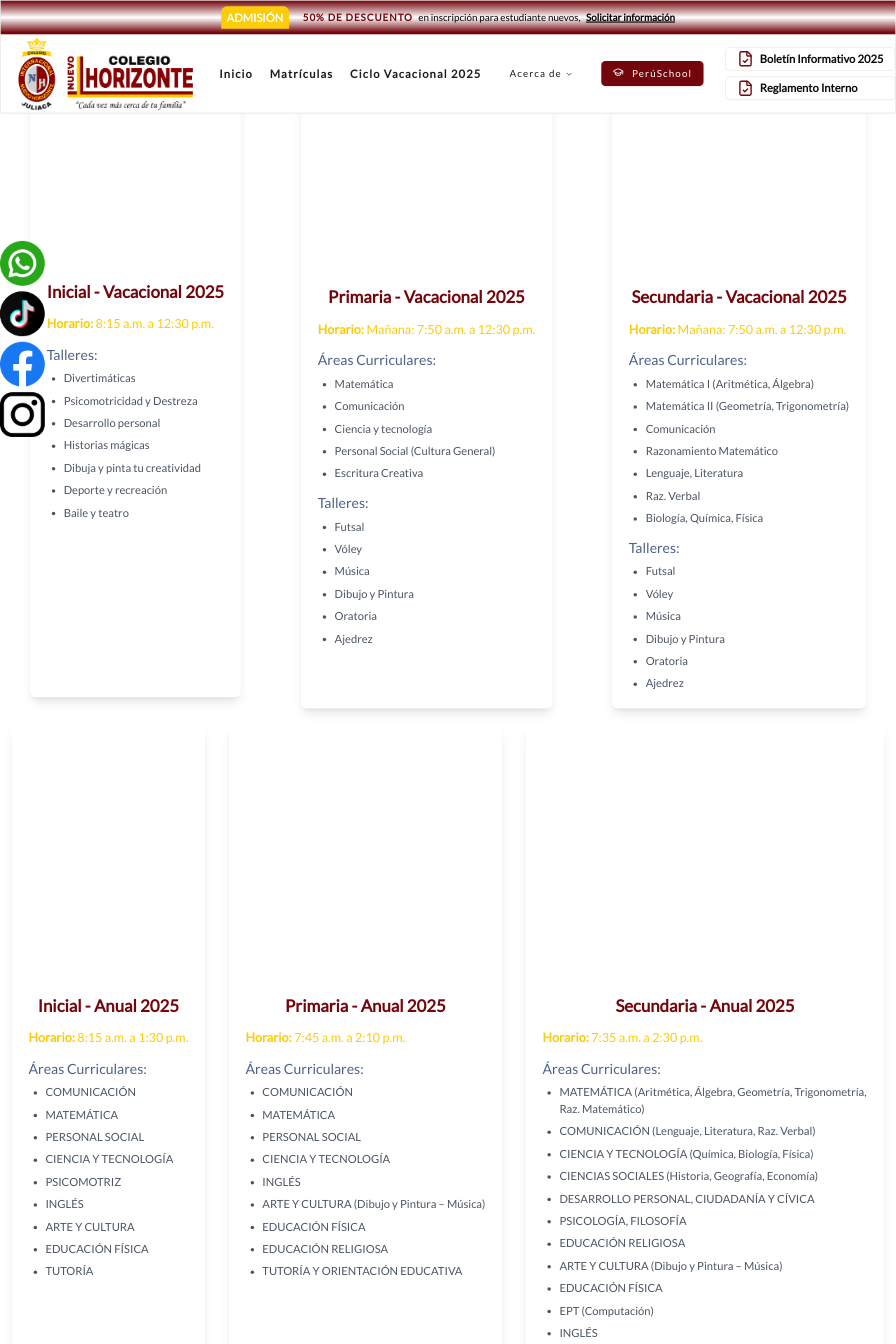
Repository: jefrydep/new_horizont_school
Page: /vacation
These files come from the project's save history. The page is drawn as it stood at one moment and after the next save; the edit follows.
The browser window is 1280 px wide. The pictures show the part of the page from y = 0 to 1920 px (the page is 2701 px tall before and 1981 px after), at 70% of full size.
The project was rebuilt for these pictures with package versions that can differ from the ones it lists, and the page was loaded fresh each time. The framework's server and built-in components were replaced by stand-ins that run in the browser. Also part of the build but not shown: next.config.ts.

Above is the page before, as saved 2024-12-05 22:31:29.

### src/app/layout.tsx
import type { Metadata } from "next";
import "./globals.css";
import Navbar from "@/components/Navbar";
import Footer from "@/components/Footer";


import { Lato } from 'next/font/google'

const lato = Lato({
  weight: '400',
  subsets: ['latin'],
  display: 'swap',
})

export const metadata: Metadata = {
  title: "COLEGIO INTERNACIONAL NUEVO HORIZONTE - JULIACA",
  description: "el mejor colegio de JULIACA,Colegio internacional nuevo horizonte",
};

export default function RootLayout({
  children,
}: Readonly<{
  children: React.ReactNode;
}>) {
  return (
    <html lang="es">

      <body
        className={` ${lato.className} antialiased `}
      >

        <div className="">
          <Navbar />
        </div>
        <main className="   ">

          {children}
          <div className="flex flex-col fixed  bottom-2     z-50   sm:top-1/2  gap-2">
            <a href="https://wa.me/+51999070701?text=Me%20gustar%C3%ADa%20recibir%20m%C3%A1s%20informaci%C3%B3n%20sobre%20el%20proceso%20de%20matr%C3%ADcula,%20requisitos%20y%20fechas%20importantes.%20Agradecer%C3%ADa%20su%20orientaci%C3%B3n%20para%20poder%20completar%20mi%20inscripci%C3%B3n%20de%20manera%20adecuada.%0A%0AQuedo%20atento%20a%20su%20respuesta.%0A%0ASaludos%20cordiales,%0A" target="_blank">
              {/* Solicitar información */}
              <img src="/whatsapp.png" alt="" className=" animate-bounce h-11  sm:h-16" />
            </a>

            <a href="https://www.tiktok.com/@colegionuevohorizonte" target="_blank">
              {/* Solicitar información */}
              <img src="/tik-tok.png" alt="" className=" animate-bounce h-11  sm:h-16 " />
            </a>
            <a href="https://www.facebook.com/internuevohorizonte  " target="_blank">
              {/* Solicitar información */}
              <img src="/facebook.png" alt="" className=" animate-bounce h-11  sm:h-16 " />
            </a>
            <a href="https://www.instagram.com/colegionuevohorizontejuliaca" target="_blank">
              {/* Solicitar información */}
              <img src="/instagram.png" alt="" className=" animate-bounce h-11  sm:h-16" />
            </a>
          </div>
        </main>
        <Footer />
      </body>
    </html>
  );
}

### src/app/vacation/page.tsx
import Hero from "@/components/Hero";
import ScheduleCard from "@/components/Schedulecard";
import { ScheduleData } from "../data/data";


export default function VacationPage() {
  return (
    <div>
      {/* <Hero subtitle="EXAMEN SEMANAL" title="Ciclo Vacacional 2025"  colorWave="#fff" /> */}
      {/* <ScheduleCard  /> */}
      <div className=" container m-auto flex mb-8  flex-wrap space-y-6">
        {ScheduleData.map((nivel, index) => (
          <ScheduleCard
            key={index}
            nivel={nivel.nivel}
            ciclo={nivel.ciclo}
            horario={nivel.horario}
            areasCurriculares={nivel.areasCurriculares}
            talleres={nivel.talleres}
          />
        ))}
      </div>
    </div>
  )
}

### src/app/globals.css
@tailwind base;
@tailwind components;
@tailwind utilities;

body {
  font-family: Arial, Helvetica, sans-serif;
}

@layer base {
  :root {
    --background: 0 0% 100%;
    --foreground: 20 14.3% 4.1%;
    --card: 0 0% 100%;
    --card-foreground: 20 14.3% 4.1%;
    --popover: 0 0% 100%;
    --popover-foreground: 20 14.3% 4.1%;
    --primary: 24 9.8% 10%;
    --primary-foreground: 60 9.1% 97.8%;
    --secondary: 60 4.8% 95.9%;
    --secondary-foreground: 24 9.8% 10%;
    --muted: 60 4.8% 95.9%;
    --muted-foreground: 25 5.3% 44.7%;
    --accent: 60 4.8% 95.9%;
    --accent-foreground: 24 9.8% 10%;
    --destructive: 0 84.2% 60.2%;
    --destructive-foreground: 60 9.1% 97.8%;
    --border: 20 5.9% 90%;
    --input: 20 5.9% 90%;
    --ring: 20 14.3% 4.1%;
    --chart-1: 12 76% 61%;
    --chart-2: 173 58% 39%;
    --chart-3: 197 37% 24%;
    --chart-4: 43 74% 66%;
    --chart-5: 27 87% 67%;
    --radius: 0.5rem;
  }
  .dark {
    --background: 20 14.3% 4.1%;
    --foreground: 60 9.1% 97.8%;
    --card: 20 14.3% 4.1%;
    --card-foreground: 60 9.1% 97.8%;
    --popover: 20 14.3% 4.1%;
    --popover-foreground: 60 9.1% 97.8%;
    --primary: 60 9.1% 97.8%;
    --primary-foreground: 24 9.8% 10%;
    --secondary: 12 6.5% 15.1%;
    --secondary-foreground: 60 9.1% 97.8%;
    --muted: 12 6.5% 15.1%;
    --muted-foreground: 24 5.4% 63.9%;
    --accent: 12 6.5% 15.1%;
    --accent-foreground: 60 9.1% 97.8%;
    --destructive: 0 62.8% 30.6%;
    --destructive-foreground: 60 9.1% 97.8%;
    --border: 12 6.5% 15.1%;
    --input: 12 6.5% 15.1%;
    --ring: 24 5.7% 82.9%;
    --chart-1: 220 70% 50%;
    --chart-2: 160 60% 45%;
    --chart-3: 30 80% 55%;
    --chart-4: 280 65% 60%;
    --chart-5: 340 75% 55%;
  }
}

@layer base {
  * {
    @apply border-border;
  }
  body {
    @apply bg-background text-foreground;
  }
}
@keyframes slideDown {
  0% {
    transform: translateY(-20px);
    opacity: 0;
  }
  100% {
    transform: translateY(0);
    opacity: 1;
  }
}

.animate-slide-down {
  animation: slideDown 1s ease-out forwards;
}

/* Animación con retraso para un efecto de secuencia */
.animate-slide-down-delay-1 {
  animation: slideDown 1s ease-out forwards;
  animation-delay: 0.3s; /* Retraso para el primer texto */
}

.animate-slide-down-delay-2 {
  animation: slideDown 1s ease-out forwards;
  animation-delay: 0.6s; /* Retraso para el segundo texto */
}

### src/components/Footer.tsx

export default function Footer() {
    return (
        <div className=" bg-title rounded-t-lg pb-2 ">
            <footer className="container m-auto ">

                <div className="grid p-4 sm:p-5  sm:grid-cols-3 gap-5">
                    <div className="text-subtitle flex justify-center sm:block bg-white rounded-xl font-bold">


                        <img src="/LOGO.png" alt="Logo nuevo horizonte" className="   " />

                    </div>
                    <div>
                        <span className="text-white font-bold tracking-widest">

                            Educación basada en  PROYECTOS
                        </span>
                        <hr />
                        <div>
                            <p className="text-justify mt-5 text-subtitle">
                                El talento y la inteligencia de nuestros alumnos y la alta preparación de nuestros profesores nos han hecho merecedores de los primeros lugares en premios de talla local, nacional. Ahora vamos por más...
                            </p>
                        </div>
                        <div>
                            <div className="text-white font-bold tracking-widest">


                                Ruc :
                            </div>
                            <div>
                                <span className="text-subtitle">20601184622</span>

                            </div>
                            <div className="text-white font-bold tracking-widest">


                                Ubicanos en :
                            </div>
                            <div>
                                <span className="text-subtitle">Jr. San Salvador N° 873</span>

                            </div>
                            <div className="text-white font-bold tracking-widest">


                                Teléfono :
                            </div>
                            <div className="text-subtitle">
                                <span>051-358250</span>

                            </div>
                            <div className="text-white font-bold tracking-widest">


                                WhatsApp :
                            </div>
                            <div className="text-subtitle">
                                <span>999070701</span>

                            </div>
                            <div className="text-white font-bold tracking-widest">


                                Correo :
                            </div>
                            <div className="text-subtitle">
                                <span> colegionuevohorizontejuliaca@gmail.com</span>

                            </div>

                        </div>
                    </div>

                    <div>
                        <h6 className="text-subtitle font-bold">HORARIO DE ATENCIÓN</h6>
                        <div>
                            <span className="text-white mr-3 font-bold tracking-widest">

                                OFICINAS:
                            </span>
                            <span className="text-subtitle">
                                Lun – Vier         08:30am – 05:00pm
                            </span>
                        </div>

                    </div>
                </div>
                <div className="text-center text-gray-100 text-xs mt-4" >
                    <span className="">
                        © 2025 Todos los derechos reservados. Design by jefrysoftdev@gmail.com
                    </span>
                </div>
            </footer>
        </div>
    )
}

### src/components/Schedulecard.tsx



interface ScheduleCardProps {
  nivel: string;
  ciclo: string;
  horario: string;
  areasCurriculares: string[];
  talleres: string[];
}

const ScheduleCard: React.FC<ScheduleCardProps> = ({ nivel, ciclo, horario, areasCurriculares, talleres }) => {
  return (
    <div className="bg-white shadow-lg rounded-lg p-6 pt-96 m-4 max-w-lg mx-auto hover:shadow-2xl transition-all">
      <h2 className="text-2xl font-semibold text-center text-title mb-4">{nivel} - {ciclo}</h2>
      <p className="text-lg text-subtitle mb-4"><strong>Horario:</strong> {horario}</p>

      {/* Áreas curriculares */}
      {areasCurriculares.length > 0 && (
        <div className="mb-4">
          <h3 className="text-xl font-medium text-primary mb-2">Áreas Curriculares:</h3>
          <ul className="list-disc pl-6 space-y-2">
            {areasCurriculares.map((area, index) => (
              <li key={index} className="text-gray-600">{area}</li>
            ))}
          </ul>
        </div>
      )}

      {/* Talleres */}
      {talleres.length > 0 && (
        <div>
          <h3 className="text-xl font-medium text-primary mb-2">Talleres:</h3>
          <ul className="list-disc pl-6 space-y-2">
            {talleres.map((taller, index) => (
              <li key={index} className="text-gray-600">{taller}</li>
            ))}
          </ul>
        </div>
      )}
    </div>
  );
};

export default ScheduleCard;

### src/components/ui/button.tsx
import * as React from "react"
import { Slot } from "@radix-ui/react-slot"
import { cva, type VariantProps } from "class-variance-authority"

import { cn } from "@/lib/utils"

const buttonVariants = cva(
  "inline-flex items-center justify-center gap-2 whitespace-nowrap rounded-md text-sm font-medium transition-colors focus-visible:outline-none focus-visible:ring-1 focus-visible:ring-ring disabled:pointer-events-none disabled:opacity-50 [&_svg]:pointer-events-none [&_svg]:size-4 [&_svg]:shrink-0",
  {
    variants: {
      variant: {
        default:
          "bg-primary text-primary-foreground shadow hover:bg-primary/90",
        destructive:
          "bg-destructive text-destructive-foreground shadow-sm hover:bg-destructive/90",
        outline:
          "border border-input bg-background shadow-sm hover:bg-accent hover:text-accent-foreground",
        secondary:
          "bg-secondary text-secondary-foreground shadow-sm hover:bg-secondary/80",
        ghost: "hover:bg-accent hover:text-accent-foreground",
        link: "text-primary underline-offset-4 hover:underline",
      },
      size: {
        default: "h-9 px-4 py-2",
        sm: "h-8 rounded-md px-3 text-xs",
        lg: "h-10 rounded-md px-8",
        icon: "h-9 w-9",
      },
    },
    defaultVariants: {
      variant: "default",
      size: "default",
    },
  }
)

export interface ButtonProps
  extends React.ButtonHTMLAttributes<HTMLButtonElement>,
    VariantProps<typeof buttonVariants> {
  asChild?: boolean
}

const Button = React.forwardRef<HTMLButtonElement, ButtonProps>(
  ({ className, variant, size, asChild = false, ...props }, ref) => {
    const Comp = asChild ? Slot : "button"
    return (
      <Comp
        className={cn(buttonVariants({ variant, size, className }))}
        ref={ref}
        {...props}
      />
    )
  }
)
Button.displayName = "Button"

export { Button, buttonVariants }

### src/components/ui/sheet.tsx
"use client"

import * as React from "react"
import * as SheetPrimitive from "@radix-ui/react-dialog"
import { cva, type VariantProps } from "class-variance-authority"
import { X } from "lucide-react"

import { cn } from "@/lib/utils"

const Sheet = SheetPrimitive.Root

const SheetTrigger = SheetPrimitive.Trigger

const SheetClose = SheetPrimitive.Close

const SheetPortal = SheetPrimitive.Portal

const SheetOverlay = React.forwardRef<
  React.ElementRef<typeof SheetPrimitive.Overlay>,
  React.ComponentPropsWithoutRef<typeof SheetPrimitive.Overlay>
>(({ className, ...props }, ref) => (
  <SheetPrimitive.Overlay
    className={cn(
      "fixed inset-0 z-50 bg-black/80  data-[state=open]:animate-in data-[state=closed]:animate-out data-[state=closed]:fade-out-0 data-[state=open]:fade-in-0",
      className
    )}
    {...props}
    ref={ref}
  />
))
SheetOverlay.displayName = SheetPrimitive.Overlay.displayName

const sheetVariants = cva(
  "fixed z-50 gap-4 bg-background p-6 shadow-lg transition ease-in-out data-[state=closed]:duration-300 data-[state=open]:duration-500 data-[state=open]:animate-in data-[state=closed]:animate-out",
  {
    variants: {
      side: {
        top: "inset-x-0 top-0 border-b data-[state=closed]:slide-out-to-top data-[state=open]:slide-in-from-top",
        bottom:
          "inset-x-0 bottom-0 border-t data-[state=closed]:slide-out-to-bottom data-[state=open]:slide-in-from-bottom",
        left: "inset-y-0 left-0 h-full w-3/4 border-r data-[state=closed]:slide-out-to-left data-[state=open]:slide-in-from-left sm:max-w-sm",
        right:
          "inset-y-0 right-0 h-full w-3/4 border-l data-[state=closed]:slide-out-to-right data-[state=open]:slide-in-from-right sm:max-w-sm",
      },
    },
    defaultVariants: {
      side: "right",
    },
  }
)

interface SheetContentProps
  extends React.ComponentPropsWithoutRef<typeof SheetPrimitive.Content>,
    VariantProps<typeof sheetVariants> {}

const SheetContent = React.forwardRef<
  React.ElementRef<typeof SheetPrimitive.Content>,
  SheetContentProps
>(({ side = "right", className, children, ...props }, ref) => (
  <SheetPortal>
    <SheetOverlay />
    <SheetPrimitive.Content
      ref={ref}
      className={cn(sheetVariants({ side }), className)}
      {...props}
    >
      <SheetPrimitive.Close className="absolute right-4 top-4 rounded-sm opacity-70 ring-offset-background transition-opacity hover:opacity-100 focus:outline-none focus:ring-2 focus:ring-ring focus:ring-offset-2 disabled:pointer-events-none data-[state=open]:bg-secondary">
        <X className="h-4 w-4" />
        <span className="sr-only">Close</span>
      </SheetPrimitive.Close>
      {children}
    </SheetPrimitive.Content>
  </SheetPortal>
))
SheetContent.displayName = SheetPrimitive.Content.displayName

const SheetHeader = ({
  className,
  ...props
}: React.HTMLAttributes<HTMLDivElement>) => (
  <div
    className={cn(
      "flex flex-col space-y-2 text-center sm:text-left",
      className
    )}
    {...props}
  />
)
SheetHeader.displayName = "SheetHeader"

const SheetFooter = ({
  className,
  ...props
}: React.HTMLAttributes<HTMLDivElement>) => (
  <div
    className={cn(
      "flex flex-col-reverse sm:flex-row sm:justify-end sm:space-x-2",
      className
    )}
    {...props}
  />
)
SheetFooter.displayName = "SheetFooter"

const SheetTitle = React.forwardRef<
  React.ElementRef<typeof SheetPrimitive.Title>,
  React.ComponentPropsWithoutRef<typeof SheetPrimitive.Title>
>(({ className, ...props }, ref) => (
  <SheetPrimitive.Title
    ref={ref}
    className={cn("text-lg font-semibold text-foreground", className)}
    {...props}
  />
))
SheetTitle.displayName = SheetPrimitive.Title.displayName

const SheetDescription = React.forwardRef<
  React.ElementRef<typeof SheetPrimitive.Description>,
  React.ComponentPropsWithoutRef<typeof SheetPrimitive.Description>
>(({ className, ...props }, ref) => (
  <SheetPrimitive.Description
    ref={ref}
    className={cn("text-sm text-muted-foreground", className)}
    {...props}
  />
))
SheetDescription.displayName = SheetPrimitive.Description.displayName

export {
  Sheet,
  SheetPortal,
  SheetOverlay,
  SheetTrigger,
  SheetClose,
  SheetContent,
  SheetHeader,
  SheetFooter,
  SheetTitle,
  SheetDescription,
}

### tailwind.config.ts
import type { Config } from "tailwindcss";

export default {
	darkMode: ["class"],
	content: [
		"./src/pages/**/*.{js,ts,jsx,tsx,mdx}",
		"./src/components/**/*.{js,ts,jsx,tsx,mdx}",
		"./src/app/**/*.{js,ts,jsx,tsx,mdx}",
	],
	theme: {
    	extend: {
    		colors: {
    			background: 'hsl(var(--background))',
    			foreground: 'hsl(var(--foreground))',
    			card: {
    				DEFAULT: 'hsl(var(--card))',
    				foreground: 'hsl(var(--card-foreground))'
    			},
    			popover: {
    				DEFAULT: 'hsl(var(--popover))',
    				foreground: 'hsl(var(--popover-foreground))'
    			},
    			primary: {
    				DEFAULT: '#4c628a'
    			},
    			secondary: {
    				DEFAULT: '#1c1c1c'
    			},
    			backgroundGray: {
    				DEFAULT: '#d1d1d1'
    			},
				title:{
					DEFAULT:"#73060C"
				},
				subtitle:{
					DEFAULT:"#fbcc07"
				},
    			muted: {
    				DEFAULT: 'hsl(var(--muted))',
    				foreground: 'hsl(var(--muted-foreground))'
    			},
    			accent: {
    				DEFAULT: 'hsl(var(--accent))',
    				foreground: 'hsl(var(--accent-foreground))'
    			},
    			destructive: {
    				DEFAULT: 'hsl(var(--destructive))',
    				foreground: 'hsl(var(--destructive-foreground))'
    			},
    			border: 'hsl(var(--border))',
    			input: 'hsl(var(--input))',
    			ring: 'hsl(var(--ring))',
    			chart: {
    				'1': 'hsl(var(--chart-1))',
    				'2': 'hsl(var(--chart-2))',
    				'3': 'hsl(var(--chart-3))',
    				'4': 'hsl(var(--chart-4))',
    				'5': 'hsl(var(--chart-5))'
    			}
    		},
    		borderRadius: {
    			lg: 'var(--radius)',
    			md: 'calc(var(--radius) - 2px)',
    			sm: 'calc(var(--radius) - 4px)'
    		},
    		keyframes: {
    			'accordion-down': {
    				from: {
    					height: '0'
    				},
    				to: {
    					height: 'var(--radix-accordion-content-height)'
    				}
    			},
    			'accordion-up': {
    				from: {
    					height: 'var(--radix-accordion-content-height)'
    				},
    				to: {
    					height: '0'
    				}
    			}
    		},
    		animation: {
    			'accordion-down': 'accordion-down 0.2s ease-out',
    			'accordion-up': 'accordion-up 0.2s ease-out'
    		}
    	}
    },
	plugins: [require("tailwindcss-animate")],
} satisfies Config;

Loaded but not shown: src/lib/utils.ts (common file); src/app/data/data.ts (459 lines, source omitted); src/components/Navbar.tsx (302 lines, source omitted); src/components/ui/navigation-menu.tsx (128 lines, source omitted)

After the next save:
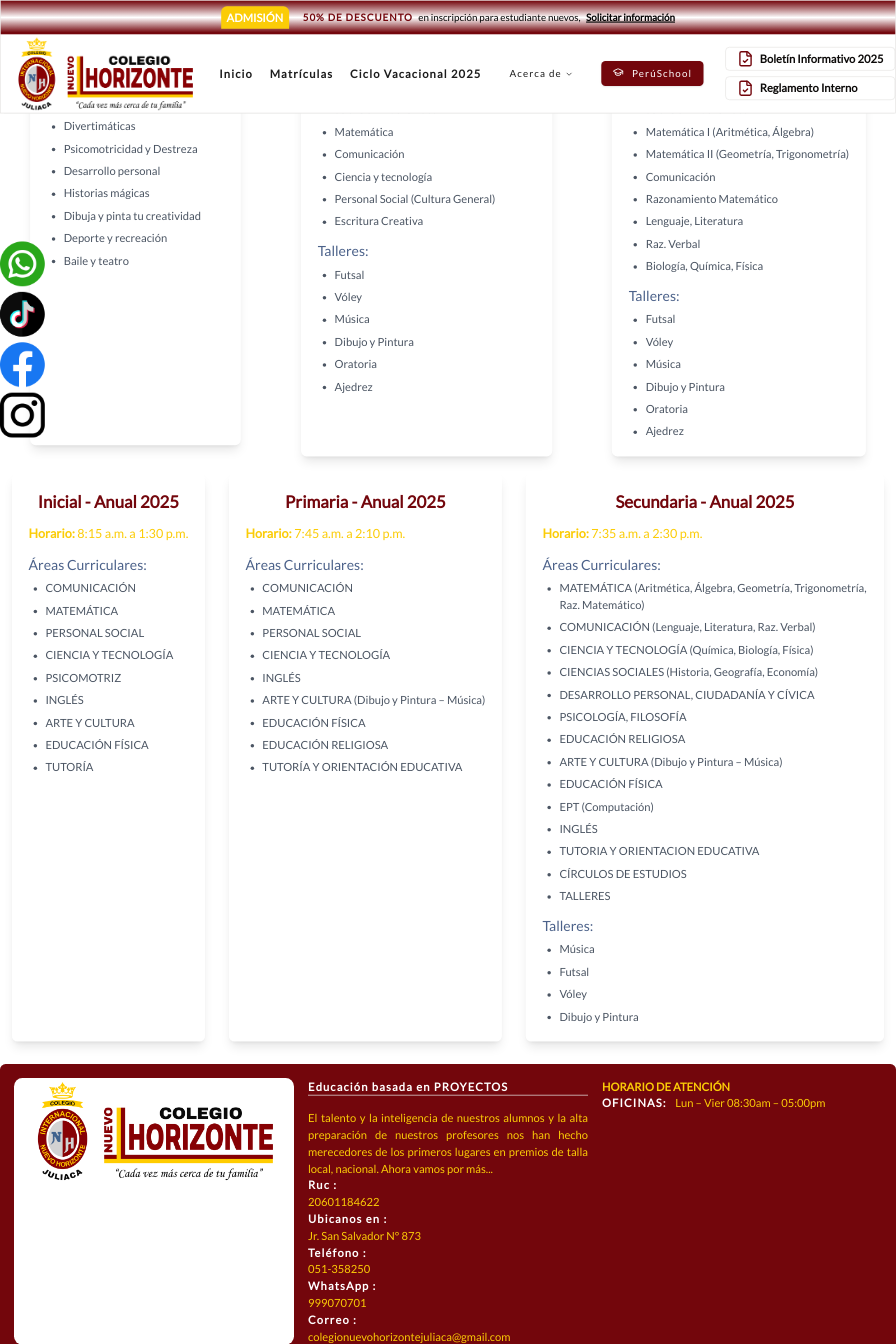
Saved 29 s later.
--- a/src/components/Schedulecard.tsx
+++ b/src/components/Schedulecard.tsx
@@ -11,7 +11,7 @@
 
 const ScheduleCard: React.FC<ScheduleCardProps> = ({ nivel, ciclo, horario, areasCurriculares, talleres }) => {
   return (
-    <div className="bg-white shadow-lg rounded-lg p-6 pt-96 m-4 max-w-lg mx-auto hover:shadow-2xl transition-all">
+    <div className="bg-white shadow-lg rounded-lg p-6   m-4 max-w-lg mx-auto hover:shadow-2xl transition-all">
       <h2 className="text-2xl font-semibold text-center text-title mb-4">{nivel} - {ciclo}</h2>
       <p className="text-lg text-subtitle mb-4"><strong>Horario:</strong> {horario}</p>
 
